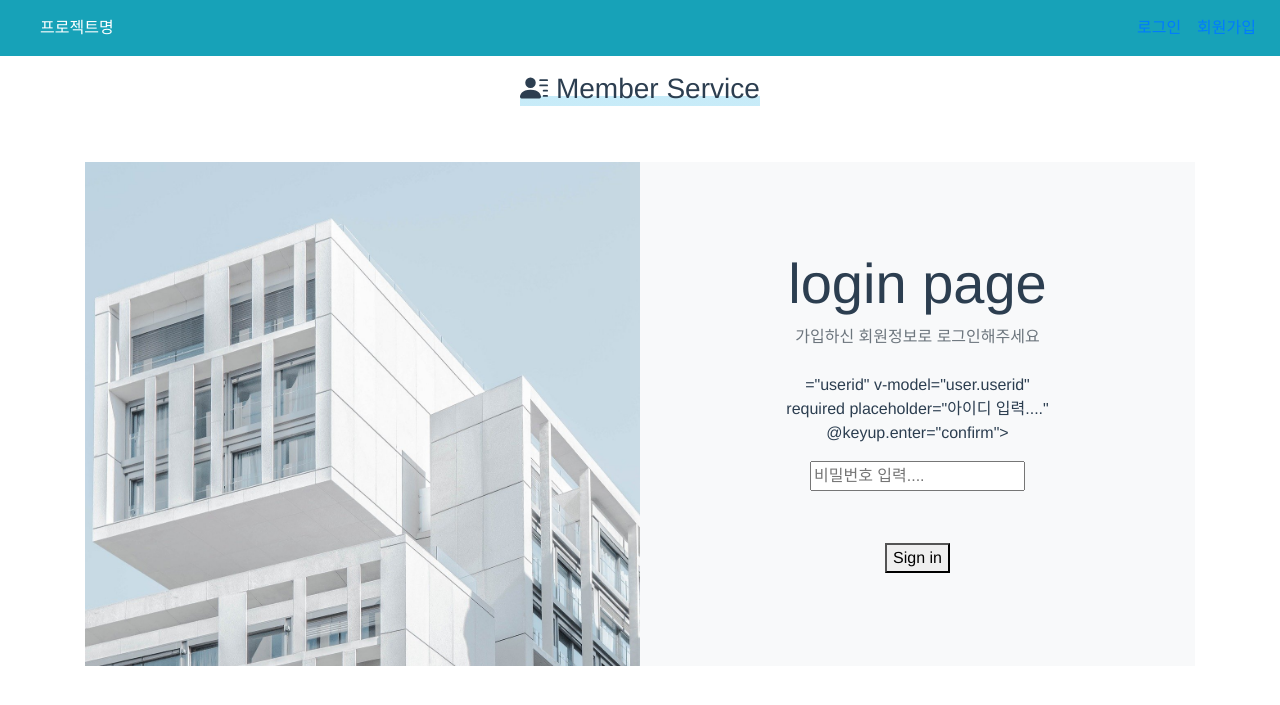
Repository: cheery72/Project_Real_estate
Page: /user/singin (app in frontend/)
These files come from the project's save history. The page is drawn as it stood at one moment and after the next save; the edit follows.
The browser window is 1280 px wide. The pictures show the whole page.
The project was rebuilt for these pictures with package versions that can differ from the ones it lists, and the page was loaded fresh each time. Also part of the build but not shown: frontend/vue.config.js, frontend/src/components/user/child/MemberJoinForm.vue, frontend/src/components/user/MemberJoin.vue, frontend/src/components/user/child/MemberInfoForm.vue, frontend/src/components/user/MemberMyPage.vue, frontend/src/components/user/BookMarkListRow.vue, frontend/src/components/user/MemberMyBookmark.vue. Imported but missing from the stored project, and not drawn on this page: frontend/src/views/Home.vue.

Above is the page before, as saved 2021-11-25 11:20:10.

### frontend/src/main.js
import Vue from "vue";
import App from "./App.vue";
import router from "./router";
import store from "./store";
import { BootstrapVue, IconsPlugin } from "bootstrap-vue";
import memberStore from "@/store/modules/memberStore";
import "bootstrap/dist/css/bootstrap.css";
import "bootstrap-vue/dist/bootstrap-vue.css";

// Make BootstrapVue available throughout your project
Vue.use(BootstrapVue);
// Optionally install the BootstrapVue icon components plugin
Vue.use(IconsPlugin);

Vue.config.productionTip = false;

new Vue({
  router,
  store,
  async beforeCreate() {
    let token = sessionStorage.getItem("access-token");
    if (memberStore.state.userInfo == null && token) {
      await memberStore.dispatch("getUserInfo", token);
    }
  },

  render: (h) => h(App),
}).$mount("#app");

### frontend/src/App.vue
<template>
  <div id="app">
    <nav-bar />
    <router-view />
  </div>
</template>

<script>
import NavBar from "@/components/layout/NavBar.vue"

export default {
  components:{
    NavBar,
  }
}

</script>

<style>
#app {
  font-family: Avenir, Helvetica, Arial, sans-serif;
  -webkit-font-smoothing: antialiased;
  -moz-osx-font-smoothing: grayscale;
  text-align: center;
  color: #2c3e50;
}

#nav {
  padding: 30px;
}

#nav a {
  font-weight: bold;
  color: #2c3e50;
}

#nav a.router-link-exact-active {
  color: #42b983;
}
</style>

### frontend/src/router/index.js
import Vue from "vue";
import VueRouter from "vue-router";
import Home from "../views/Home.vue";

import Member from "@/views/Member.vue";
import MemberJoin from "@/components/user/MemberJoin.vue";
import MemberLogin from "@/components/user/MemberLogin.vue";

import MemberMyPage from "@/components/user/MemberMyPage.vue";
import MemberMyBookmark from "@/components/user/MemberMyBookmark.vue";
import store from "@/store/index.js";

// https://router.vuejs.org/kr/guide/advanced/navigation-guards.html
const onlyAuthUser = async (to, from, next) => {
  //어디로 갈건지, 이전, 다음페이지
  // console.log(store);
  const checkUserInfo = store.getters["memberStore/checkUserInfo"]; //checkUserInfo의 리턴값을 가져와라
  const getUserInfo = store._actions["memberStore/getUserInfo"]; //getUserInfo의 리턴값을 가져와라
  let token = sessionStorage.getItem("access-token");
  if (checkUserInfo == null && token) {
    await getUserInfo(token); //서버에 가서 정상적인 토큰인지 검사해라 .. 여기서 정상적인사람이면 서버가 UserInfo를 준다.
  }
  if (checkUserInfo === null) {
    //서버에 갔다왔는데도 null이면...
    alert("로그인이 필요한 페이지입니다..");
    // next({ name: "SignIn" });
    router.push({ name: "SignIn" });
  } else {
    //정상적인 사람이니까 다음페이지로 갈수 있도록 적용(밑에 beforeEnter붙은 것들)
    console.log("로그인 했다.");
    next();
  }
};


Vue.use(VueRouter);

const routes = [
  {
    path: "/",
    name: "Home",
    component: Home,
  },
  {
    path: "/user",
    name: "Member",
    component: Member,
    children: [
      {
        path: "singin",
        name: "SignIn",
        component: MemberLogin,
      },
      {
        path: "singup",
        name: "SignUp",
        component: MemberJoin,
      },
      {
        path: "mybookmark",
        name: "MyBookmark",
        component: MemberMyBookmark,
      },
      {
        path: "mypage",
        name: "MyPage",
        beforeEnter: onlyAuthUser,
        component: MemberMyPage,
      },
    ],
  },
];

const router = new VueRouter({
  mode: "history",
  base: process.env.BASE_URL,
  routes,
});

export default router;

### frontend/src/store/index.js
import Vue from "vue";
import Vuex from "vuex";
import http from "@/js/http-common.js";
import createPersistedState from "vuex-persistedstate";
import memberStore from "@/store/modules/memberStore.js";

Vue.use(Vuex);

export default new Vuex.Store({
  state: {
    sidos: [{ value: null, text: "선택하세요" }],
    guguns: [{ value: null, text: "선택하세요" }],
    dongs: [{ value: null, text: "선택하세요" }],
    apts: [],
    apt: null,
    positions: [],
    cctvs: [],
    dongName: null,
    subways: [],
    schools: [],
    // bookmark: null,
    // bookmarks: [],
  },
  mutations: {
    // 시도 리스트
    SET_SIDO_LIST(state, sidos) {
      sidos.forEach((sido) => {
        state.sidos.push({ value: sido.sidoCode, text: sido.sidoName });
      });
    },
    CLEAR_SIDO_LIST(state) {
      state.guguns = [{ value: null, text: "선택하세요" }];
    },
    // 구군 리스트
    SET_GUGUN_LIST(state, guguns) {
      guguns.forEach((gugun) => {
        state.guguns.push({ value: gugun.gugunCode, text: gugun.gugunName });
      });
    },
    CLEAR_GUGUN_LIST(state) {
      state.guguns = [{ value: null, text: "선택하세요" }];
    },
    // 동 리스트
    SET_DONG_LIST(state, dongs) {
      dongs.forEach((dong) => {
        state.dongs.push({
          value: [dong.dongCode, dong.dongName],
          text: dong.dongName,
        });
      });
    },
    CLEAR_DONG_LIST(state) {
      state.dongs = [{ value: null, text: "선택하세요" }];
    },
    // 해당 구,동 아파트 리스트
    SET_APT_LIST(state, apts) {
      state.apts = apts;
      state.dongName = apts[0].dongName;
    },
    CLEAR_APT_LIST(state) {
      state.positions = [];
    },
    // 아파트 선택시 세부사항
    SET_DETAIL_APT(state, apt) {
      state.apt = apt;
    },
    // cctv 정보
    SET_CCTV_LIST(state, cctv) {
      state.cctvs = cctv;
    },
    // 지하철 정보
    SET_SUBWAY_LIST(state, subway) {
      state.subways = subway;
    },
    // 학교 정보
    SET_SCHOOL_LIST(state, school) {
      state.schools = school;
    },
    // SET_DETAIL_BOOKMARK(state, apt) {
    //   state.bookmark = apt;

    // }
  },
  actions: {
    // 셀렉트바 시도 가져오기
    getSido({ commit }) {
      http
        .get(`/apt/sido`)
        .then((response) => {
          commit("SET_SIDO_LIST", response.data);
        })
        .catch((error) => {
          console.log(error);
        });
    },
    getGugun({ commit }, sidoCode) {
      const params = { sido: sidoCode };
      http
        .get(`/apt/gugun`, { params })
        .then((response) => {
          commit("SET_GUGUN_LIST", response.data);
        })
        .catch((error) => {
          console.log(error);
        });
    },
    getDong({ commit }, gugunCode) {
      const params = { gugun: gugunCode };
      http
        .get(`/apt/dongname`, { params })
        .then((response) => {
          commit("SET_DONG_LIST", response.data);
        })
        .catch((error) => {
          console.log(error);
        });
    },
    getAptList({ commit }, dongCode) {
      const params = { dong: dongCode };
      http
        .get(`/apt/aptinfo`, { params })
        .then((response) => {
          commit("SET_APT_LIST", response.data);
        })
        .catch((error) => {
          console.log(error);
        });
    },
    getCctvList({ commit }, dongName) {
      const params = { dong: dongName };
      http
        .get(`/cctv/cctvinfo`, { params })
        .then((response) => {
          commit("SET_CCTV_LIST", response.data);
        })
        .catch((error) => {
          console.log(error);
        });
    },
    getSubwayList({ commit }) {
      http
        .get(`/subway/subwayinfo`)
        .then((response) => {
          commit("SET_SUBWAY_LIST", response.data);
        })
        .catch((error) => {
          console.log(error);
        });
    },
    getSchoolList({ commit }, dongName) {
      const params = { dong: dongName };
      http
        .get(`/school/schoolinfo`, { params })
        .then((response) => {
          commit("SET_SCHOOL_LIST", response.data);
        })
        .catch((error) => {
          console.log(error);
        });
    },
    // detailBookmark({ commit }, apt) {
    //   commit("SET_DETAIL_BOOKMARK", apt)

    // }
  },
  modules: { memberStore },
  plugins: [
    createPersistedState({
      // 브라우저 종료시 제거하기 위해 localStorage가 아닌 sessionStorage로 변경. (default: localStorage)
      storage: sessionStorage,
    }),
  ],
});

### frontend/src/store/modules/memberStore.js
import jwt_decode from "jwt-decode";
import { login } from "@/api/member.js";
import { findById } from "@/api/member";
import http from "@/js/http-common.js";


const memberStore = {
  namespaced: true,
  state: {
    isLogin: false,
    isLoginError: false,
    userInfo: null,
    bookmark: [],
    bookmarks: [],
  },
  getters: {
    checkUserInfo: function (state) {
      return state.userInfo;
    },
  },
  mutations: {
    SET_IS_LOGIN: (state, isLogin) => {
      state.isLogin = isLogin;
    },
    SET_IS_LOGIN_ERROR: (state, isLoginError) => {
      state.isLoginError = isLoginError;
    },
    SET_USER_INFO: (state, userInfo) => {
      state.isLogin = true;
      state.userInfo = userInfo;
    },
    SET_BOOKMARK_LIST(state, apt){
      // 배열에 추가
      state.bookmark.push(apt);
    },
    SET_BOOKMARK_INFO(state, mark){
      // state.bookmarks = mark;
      state.bookmarks.push(mark);
    },
    SET_BOOKMARK_LIST_INFO(state, bookmarklist) {
      state.bookmarks = bookmarklist;
    }
  },
  actions: {
    async userConfirm({ commit }, user) {
      await login(
        user,
        (response) => {
          if (response.data.message === "success") {
            let token = response.data["access-token"];
            commit("SET_IS_LOGIN", true);
            commit("SET_IS_LOGIN_ERROR", false);
            sessionStorage.setItem("access-token", token);

          } else {
            commit("SET_IS_LOGIN", false);
            commit("SET_IS_LOGIN_ERROR", true);
          }
        },
        () => {}
      );
    },
    getUserInfo({ commit }, token) {
      let decode_token = jwt_decode(token);
      findById(
        decode_token.userid,
        (response) => {
          if (response.data.message === "success") {
            commit("SET_USER_INFO", response.data.userInfo);
          } else {
            console.log("유저 정보 없음!!");
          }
        },
        (error) => {
          console.log(error);
        }
      );
    },
    getBookmark({ commit }, mark) {//등록

      let decode_token = jwt_decode(sessionStorage.getItem("access-token"));

      const params = { bookmark: mark.aptCode, accesstoken: decode_token.userid };
      console.log("파라미터출력",params);

      http
      .post(`/bookmark/register`, params)
      .then((response) => {
        console.log("response출력");
        console.log(response.data);
        commit("SET_BOOKMARK_INFO", response.data);
      }).catch((error) => {
        console.log("에러출력");
        console.log(error);
      })
    },

    getBookmarkList({ commit }) {

      let decode_token = jwt_decode(sessionStorage.getItem("access-token"));
      const userid= decode_token.userid;

      http.get(`/bookmark/list/${userid}`).then(({ data }) => {

        console.log("북마크조회 결과", data);
        commit("SET_BOOKMARK_LIST_INFO", data.result);
         });

    }
  },
};

export default memberStore;

### frontend/src/components/layout/NavBar.vue
<template>
  <div>
  <b-navbar toggleable="lg" type="dark" variant="info">
    <b-navbar-brand href="#"></b-navbar-brand>

    <b-navbar-toggle target="nav-collapse"></b-navbar-toggle>

    <b-collapse id="nav-collapse" is-nav>
      <b-navbar-nav>
        <b-nav-item href="#"
            ><router-link :to="{ name: 'Home' }" class="link" style="color: white"
            >프로젝트명</router-link
            ></b-nav-item
          >
      </b-navbar-nav>

      <!-- Right aligned nav items -->
      <b-navbar-nav class="ml-auto" v-if="userInfo">
          <b-nav-item class="align-self-center"
            ><b-avatar
              variant="primary"
              v-text="userInfo ? userInfo.userid.charAt(0).toUpperCase() : ''"
            ></b-avatar
            >{{ userInfo.username }}({{ userInfo.userid }})님
            환영합니다.</b-nav-item
          >
          <b-nav-item class="align-self-center"
            ><router-link
              :to="{ name: 'MyPage' }"
              class="link align-self-center" style="color: white"
              >내정보보기</router-link
            ></b-nav-item
          >
           <b-nav-item href="#" class="link align-self-center"
            ><router-link :to="{ name: 'MyBookmark' }" class="link" style="color: white"
              >내관심지역</router-link
            ></b-nav-item
          >
          <b-nav-item
            class="link align-self-center"
            @click.prevent="onClickLogout"
            >로그아웃</b-nav-item
          >
        </b-navbar-nav>

        <!-- Right aligned nav items -->
        <b-navbar-nav class="ml-auto" v-else>
          <b-nav-item href="#"
            ><router-link :to="{ name: 'SignIn' }" class="link"
              >로그인</router-link
            ></b-nav-item
          >

          <b-nav-item href="#"
            ><router-link :to="{ name: 'SignUp' }" class="link"
              >회원가입</router-link
            ></b-nav-item
          >
        </b-navbar-nav>
    </b-collapse>
  </b-navbar>
</div>
</template>

<script>
import { mapState, mapMutations } from "vuex";

const memberStore = "memberStore";

export default {
  name: "NavBar",
  computed: {
    ...mapState(memberStore, ["isLogin", "userInfo"]),
  },
  methods: {
    ...mapMutations(memberStore, ["SET_IS_LOGIN", "SET_USER_INFO"]),
    onClickLogout() {
      this.SET_IS_LOGIN(false);
      this.SET_USER_INFO(null);
      sessionStorage.removeItem("access-token");
      if (this.$route.path != "/") this.$router.push({ name: "Home" });
    },
  },
};
</script>

<style>
a {
  color:azure;
}
</style>

### frontend/src/views/Member.vue
<template>
  <b-container class="bv-example-row mt-3 text-center">
    <h3 class="underline-steelblue">
      <b-icon icon="person-lines-fill"></b-icon> Member Service
    </h3>
    <router-view></router-view>
  </b-container>
</template>

<script>
export default {
  name: "Member",
};
</script>

<style scoped>
.underline-steelblue {
  display: inline-block;
  background: linear-gradient(
    180deg,
    rgba(255, 255, 255, 0) 70%,
    rgba(72, 190, 233, 0.3) 30%
  );
}
</style>

### frontend/src/components/user/MemberLogin.vue
<template>

 <div class="container-fluid">
   <br>
   <br>
    <div class="row no-gutter">
        <!-- The image half -->
        <div class="col-md-6 d-none d-md-flex bg-image"></div>


        <!-- The content half -->
        <div class="col-md-6 bg-light">
            <div class="login d-flex align-items-center py-5">

                <!-- Demo content-->
                <div class="container">
                    <div class="row">
                        <div class="col-lg-10 col-xl-7 mx-auto">
                            <h2 class="display-4">login page</h2>
                            <p class="text-muted mb-4">가입하신 회원정보로 로그인해주세요</p>
                            <form>

                              <b-alert show variant="danger" v-if="isLoginError"
              >아이디 또는 비밀번호를 확인하세요.</b-alert>
                                <div class="form-group mb-3" label-for="userid">
                                    <inputid="userid"
                v-model="user.userid"
                required
                placeholder="아이디 입력...."
                @keyup.enter="confirm">
                                </div>
                                <div class="form-group mb-3" label="비밀번호:" label-for="userpwd">
                                    <input type="password"
                id="userpwd"
                v-model="user.userpwd"
                required
                placeholder="비밀번호 입력...."
                @keyup.enter="confirm">
                                </div>
                                <div class="custom-control custom-checkbox mb-2">
                                    <input id="customCheck1" type="checkbox" checked class="custom-control-input">
                                    <!-- <label for="customCheck1" class="custom-control-label">Remember password</label> -->
                                </div>
                                <button type="button"
              variant="primary"
              class="m-1"
              @click="confirm">Sign in</button>

                            </form>
                        </div>
                    </div>
                </div><!-- End -->

            </div>
        </div><!-- End -->

    </div>
</div>
</template>
<style>
.login,
.image {
  min-height: 70vh;
}

.bg-image {
  /* //background-image: url('https://therichpost.com/wp-content/uploads/2021/02/login-split.jpg'); */
  background-image: url("../../assets/apartment.jpg");
  background-size: cover;
  background-position: center center;
}
</style>



<script>
import { mapState, mapActions } from "vuex";

const memberStore = "memberStore";

export default {
  name: "MemberLogin",
  data() {
    return {
      user: {
        userid: null,
        userpwd: null,
      },
    };
  },
  computed: {
    ...mapState(memberStore, ["isLogin", "isLoginError"]),
  },
  methods: {
    ...mapActions(memberStore, ["userConfirm", "getUserInfo"]),
    async confirm() {
      await this.userConfirm(this.user);
      let token = sessionStorage.getItem("access-token");
      if (this.isLogin) {
        await this.getUserInfo(token);
        this.$router.push({ name: "Home" });
      }
    },
    movePage() {
      this.$router.push({ name: "SignUp" });
    },
  },
};
</script>

<style></style>

### frontend/src/api/member.js
import { apiInstance } from "./index.js";

const api = apiInstance();

async function login(user, success, fail) {
    await api
        .post(`/user/login`, JSON.stringify(user))
        .then(success)
        .catch(fail);
}

async function findById(userid, success, fail) {
    api.defaults.headers["access-token"] =
        sessionStorage.getItem("access-token");
    await api.get(`/user/info/${userid}`).then(success).catch(fail);
}
//회원가입
async function joinMember(user, success, fail) {
    await api
        .post(`/user/join`, JSON.stringify(user))
        .then(success)
        .catch(fail);
}

//아이디체크
async function checkId(userid, success, fail) {
    await api.get(`/user/idCheck/${userid}`).then(success).catch(fail);
}

//수정
async function modifyInfo(user, success, fail) {
    api.defaults.headers["access-token"] =
        sessionStorage.getItem("access-token");
    await api
        .put(`/user/${user.userId}`, JSON.stringify(user))
        .then(success)
        .catch(fail);
}

//삭제
async function deleteInfo(user, success, fail) {
    api.defaults.headers["access-token"] =
        sessionStorage.getItem("access-token");
    await api.delete(`/user/${user.userId}`).then(success).catch(fail);
}

export { login, findById, modifyInfo, deleteInfo, joinMember, checkId };

### frontend/src/api/index.js
import axios from "axios";
import { API_BASE_URL } from "@/config";

// axios 객체 생성
function apiInstance() {
    const instance = axios.create({
        baseURL: API_BASE_URL,
        headers: {
            "Content-type": "application/json",
        },
    });
    return instance;
}

export { apiInstance };

### frontend/src/config/index.js
const API_BASE_URL = "http://localhost:8080";
export { API_BASE_URL };

Loaded but not shown: frontend/public/index.html (common file); frontend/src/js/http-common.js (common file)

After the next save:
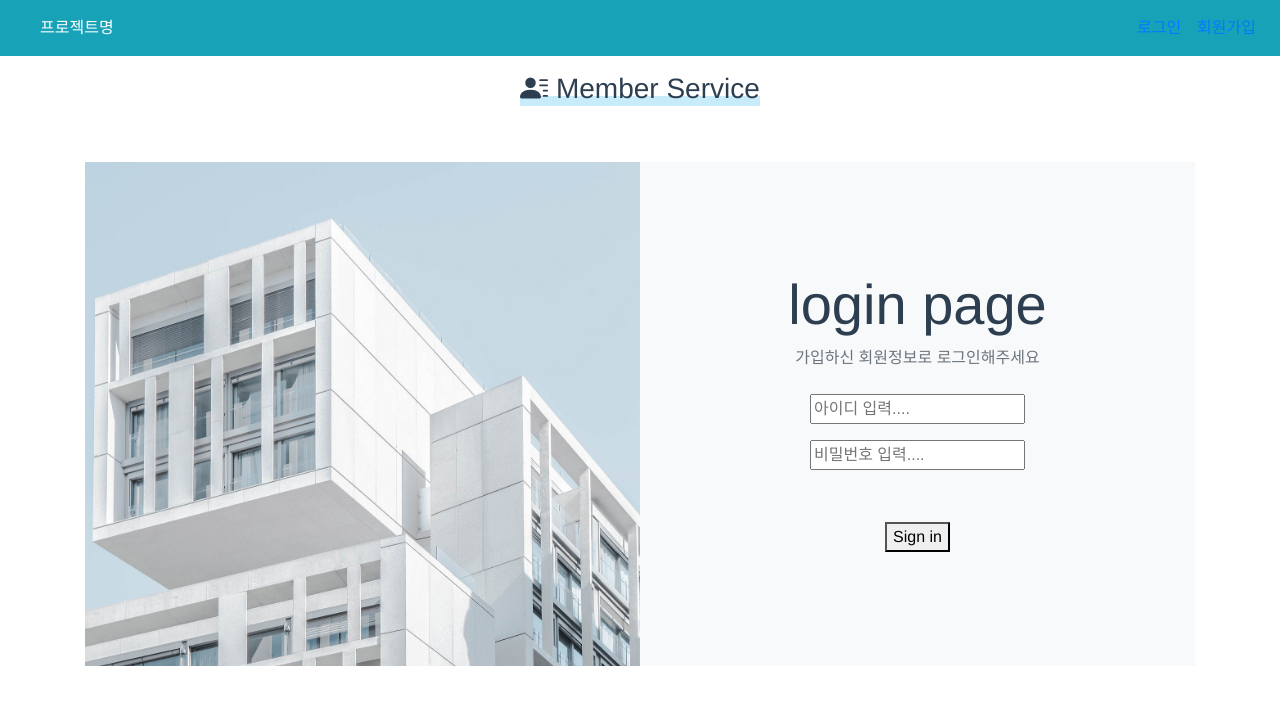
Saved 32 s later.
--- a/frontend/src/components/user/MemberLogin.vue
+++ b/frontend/src/components/user/MemberLogin.vue
@@ -23,7 +23,7 @@
                               <b-alert show variant="danger" v-if="isLoginError"
               >아이디 또는 비밀번호를 확인하세요.</b-alert>
                                 <div class="form-group mb-3" label-for="userid">
-                                    <inputid="userid"
+                                    <input id="userid"
                 v-model="user.userid"
                 required
                 placeholder="아이디 입력...."
